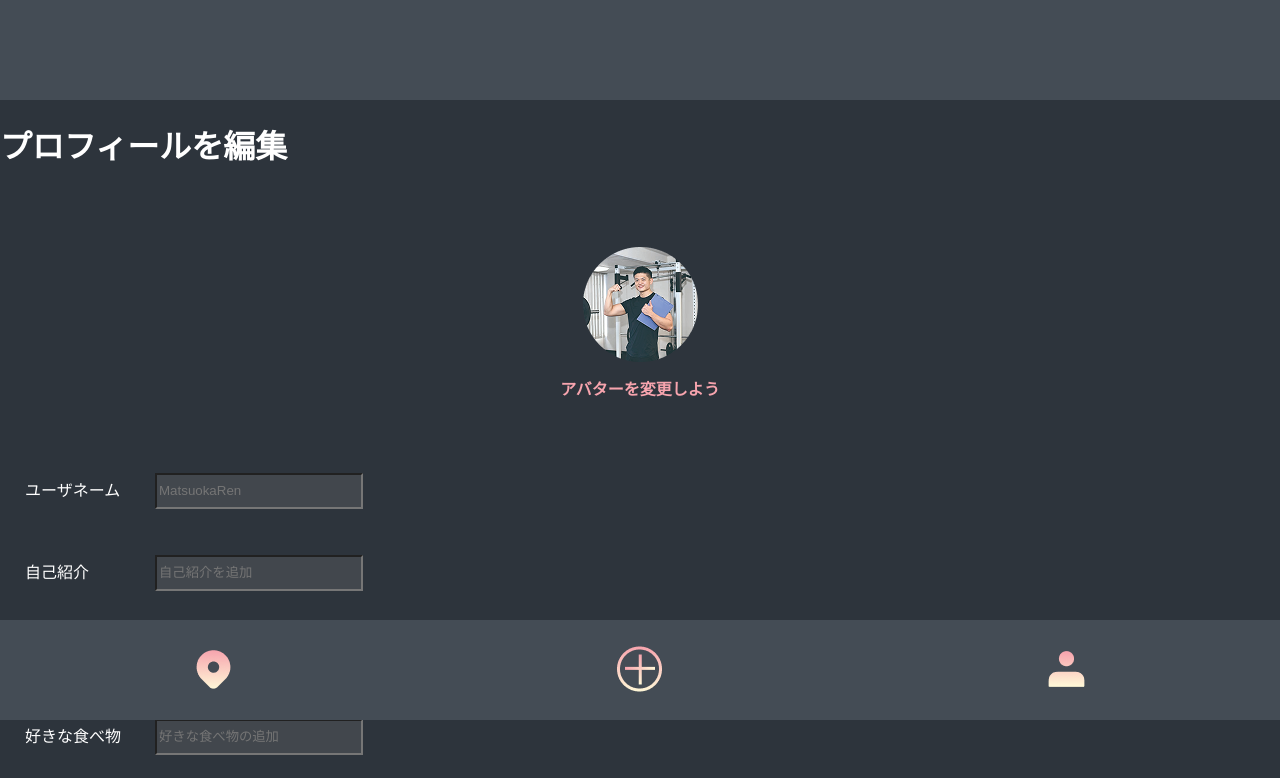
Repository: ren0714poo/respos
Page: edit.html
These files come from the project's save history. The page is drawn as it stood at one moment and after the next save; the edit follows.
The browser window is 1280 px wide. The pictures show the whole page.

Above is the page before, as saved 2025-07-17 14:33:53.

### edit.html
<!DOCTYPE html>
<html lang="ja">
<head>
  <meta charset="UTF-8">
  <meta name="viewport" content="width=device-width, initial-scale=1.0">
  <title>respos_edit</title>
  <link rel="stylesheet" href="css/edit.css">
</head>
<body>
  <header>
  </header>

  <main>
    <h1>プロフィールを編集</h1>
    <div class="edit_img"><img src="img/icon.png" alt="カメラ変更"></div>
    <h2>アバターを変更しよう</h2>
    <div class="edit">
      <div class="edit_flex">
        <p>ユーザネーム</p>
        <input type="text" placeholder="MatsuokaRen"><br>
      </div>
      <div class="edit_flex">
        <p>自己紹介</p>
        <input type="text" placeholder="自己紹介を追加"><br>
      </div>
      <div class="edit_flex">
        <p>リンク</p>
        <input type="text" placeholder="リンクを追加"><br>
      </div>
      <div class="edit_flex">
        <p>好きな食べ物</p>
        <input type="text" placeholder="好きな食べ物の追加">
      </div>


    </div>
  </main>

  <footer>
    <button type="button" id="pin" onclick="location.href='top.html'"><img src="img/tabler_map-pin-filled.png" alt="ピン"></button>
    <button type="button"><img src="img/post.png" alt="投稿"></button>
    <button type="button" id="profile" onclick="location.href='profile.html'"><img src="img/icon-park-solid_people.png" alt="プロフィール"></button>
  </footer>

</body>
</html>

### css/edit.css
@media screen and (max-width:480px){


}

html, body {
  color: white;
  background: #2D343C;
  height: 100%;
  margin: 0;
  padding: 0;
  display: grid;
  grid-template-rows: 100px calc(100vh - 200px) 100px;
  grid-template-areas:
  "header"
  "main"
  "footer"
  ;
}



header{
  width: 100%;
  height: 100px;
  background: #444C55;
  display: flex;
  grid-area: header;
}




main{
  width: 100%;
  height: 100%;
  grid-area: main;
}

.edit {
  margin-top: 50px;
  line-height: 50px;
}

h2{
  font-size: 16px;
  text-align: center;
  color: #F7A4AE;
}

.edit_flex{
  display: flex;
p{
  width: 100px;
  margin-left: 25px;
}
input{
  width: 200px;
  height: 30px;
  margin: auto 0;
  margin-left: 30px;
  background: rgba(152, 147, 147, 0.2);

}
}

.edit_img {
  display: flex;
  flex-direction: column;
  align-items: center;
  margin-top: 80px;
}











footer {
  background: #444C55;
  display: flex;
  justify-content: space-around;
  align-items: center;
}

footer button {
  background: transparent;
  border: none;
}

After the next save:
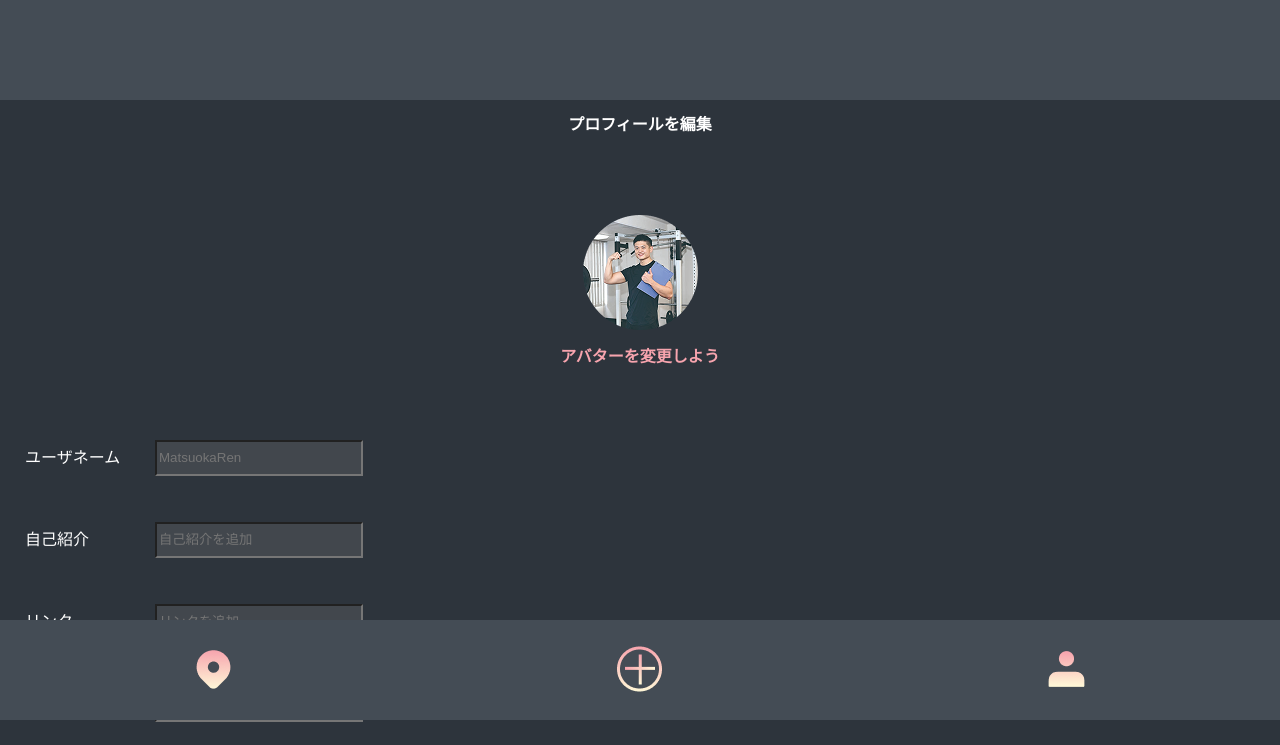
Saved 20 s later.
--- a/css/edit.css
+++ b/css/edit.css
@@ -40,6 +40,11 @@ main{
 .edit {
   margin-top: 50px;
   line-height: 50px;
+}
+
+h1{
+  font-size: 16px;
+  text-align: center;
 }
 
 h2{
